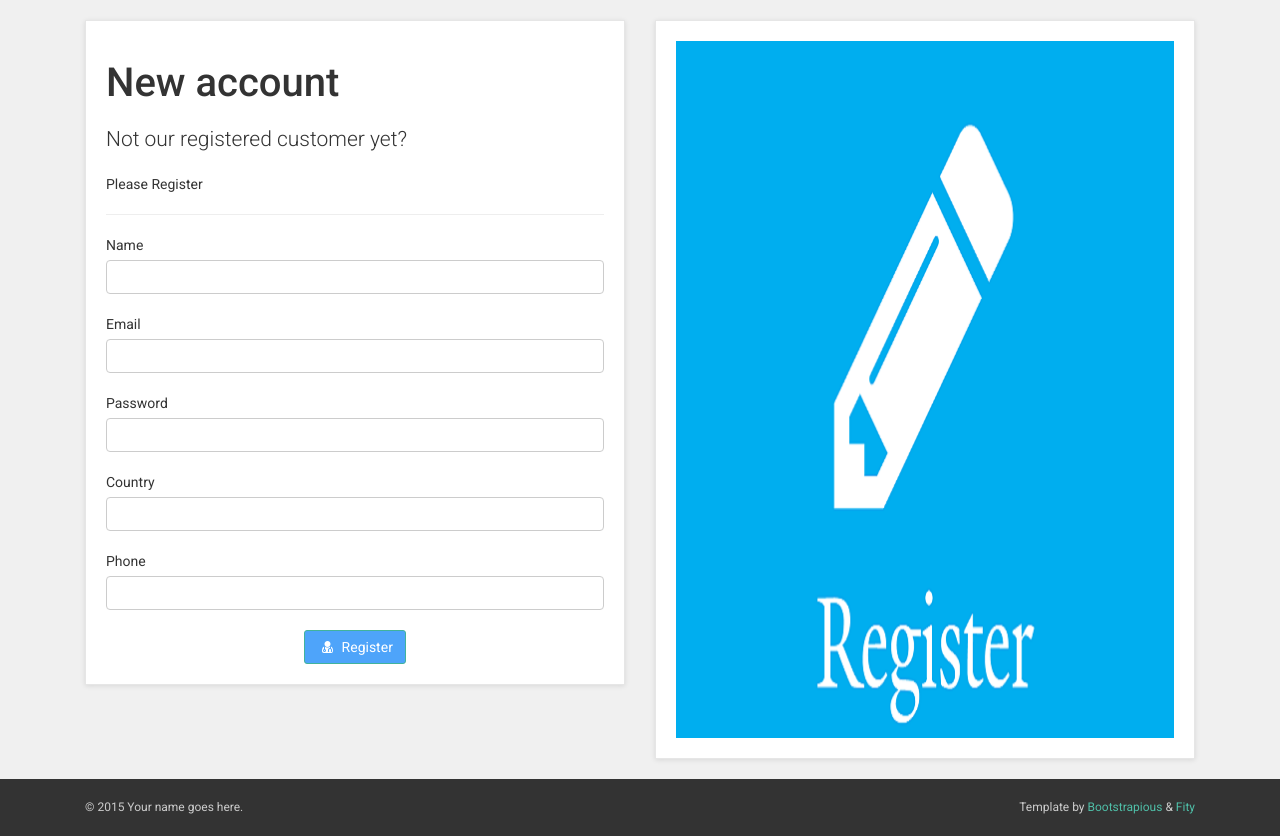
Repository: Sagnikb9/JavaDevops-Ecommerce
Page: http://localhost/MedioxyPharm/register
These files come from the project's save history. The page is drawn as it stood at one moment and after the next save; the edit follows.
The browser window is 1280 px wide. The pictures show the whole page.
The page is served by Tomcat 9.

Above is the page before, as saved 2017-10-01 23:37:00.

After the next save:
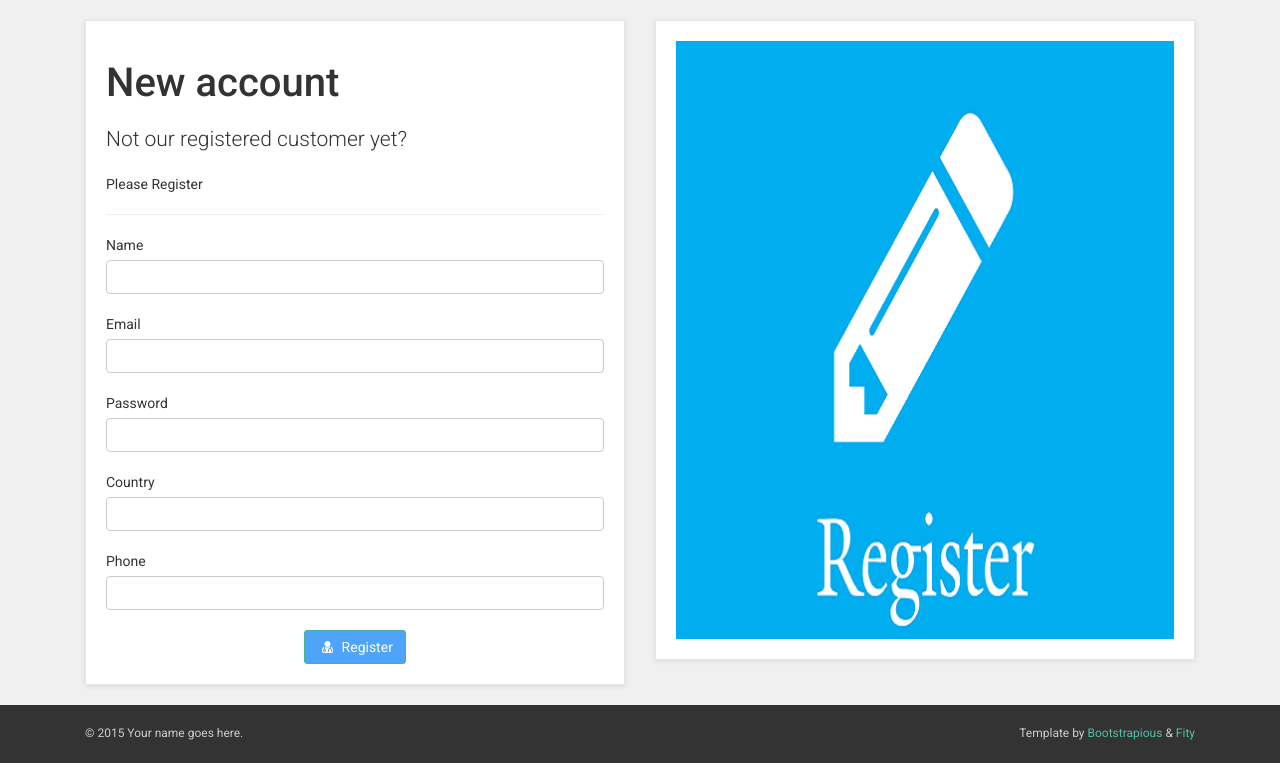
Saved 117 s later.
--- a/MedioxyPharm/src/main/webapp/WEB-INF/views/register.jsp
+++ b/MedioxyPharm/src/main/webapp/WEB-INF/views/register.jsp
@@ -98,7 +98,7 @@
 
 <div class="col-md-6">
                     <div class="box">
-                        <img src="img/regi.png" alt="" class="img-responsive">
+                        <img src="img/reg1.png" alt="" class="img-responsive">
                     </div>
                 </div>
 
